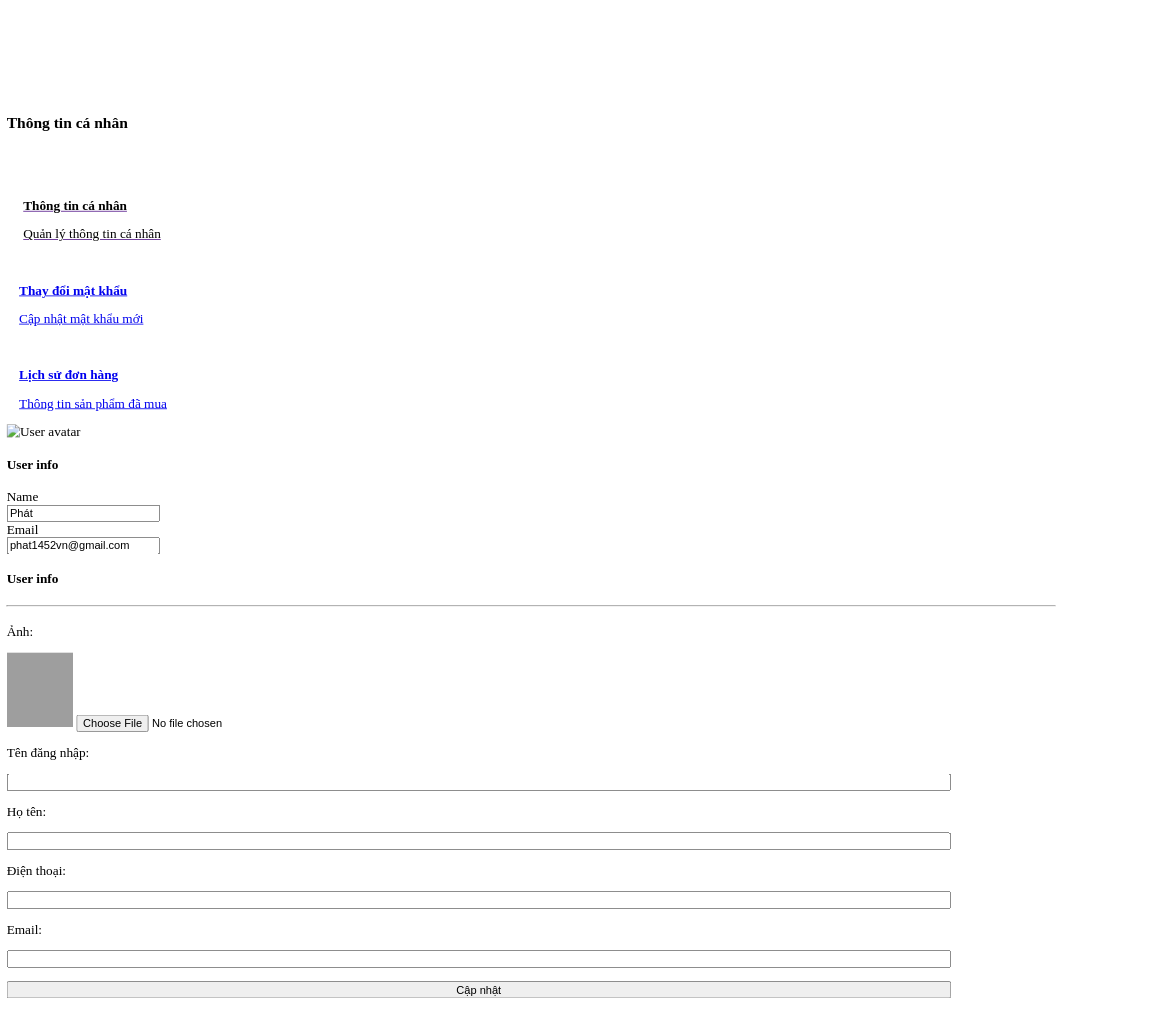
Repository: nguyengiabao245/NHOM3_C2
Page: http://localhost/DoAnJava/WEB-INF/views/account/edit.jsp
These files come from the project's save history. The page is drawn as it stood at one moment and after the next save; the edit follows.
The browser window is 1280 px wide. The page is 1408 px wide, so the pictures cover 1408 px, including what lies to the right of the window. The pictures show the whole page, at 83% of full size.
Pictures or frames that could not be fetched are drawn as grey boxes. The page is served by Tomcat 9. Nobody is signed in. The template is opened directly, without the code that normally fills it, so the values that code supplies are empty.

Above is the page before, as saved 2022-05-15 12:59:25.
Not found: DoAnJava/images/default-avatar.jpg

After the next save:
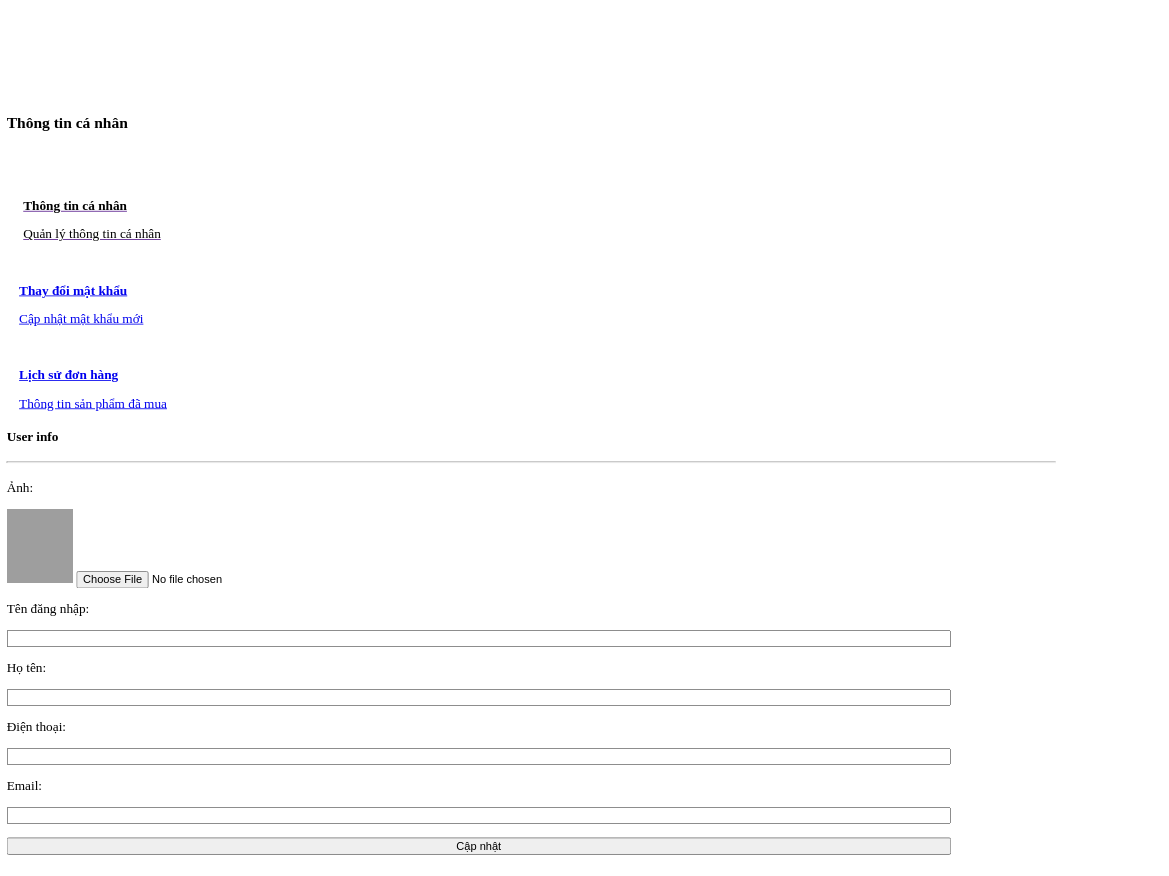
Saved 38 s later.
--- a/DoAnJava/src/main/webapp/WEB-INF/views/account/edit.jsp
+++ b/DoAnJava/src/main/webapp/WEB-INF/views/account/edit.jsp
@@ -63,48 +63,7 @@
 
 		</div>
 
-        <div class="row wrapProfile">
-    <div class="toppad" style="width:600px">
-        <div class="bootstrap snippets">
-            <div class="row">
-                <div class="col-xs-12">
-                                                            <form class="form-horizontal" action="/account/edit" method="post">
-                        <div class="panel panel-default hide">
-                            <div class="panel-body text-center">
-                                <img src="/images/default-avatar.jpg" class="img-circle profile-avatar" alt="User avatar">
-                            </div>
-                        </div>
-                        <div class="panel panel-default">
-                            <div class="panel-heading">
-                                <h4 class="panel-title">User info</h4>
-                            </div>
-                            <div class="panel-body">
-                                <div class="form-group">
-                                    <label class="col-sm-2 control-label">Name</label>
-                                    <div class="col-sm-10">
-                                        <input name="name" type="text" class="form-control" value="Phát">
-                                    </div>
-                                </div>
-                                <div class="form-group">
-                                    <label class="col-sm-2 control-label">Email</label>
-                                    <div class="col-sm-10">
-                                        <input name="email" type="text" class="form-control" value="phat1452vn@gmail.com">
-                                    </div>
-                                </div>
-                            </div>
-                        </div>
 
-
-
-
-                    </form>
-
-
-                </div>
-            </div>
-        </div>
-    </div>
-</div>
 
 
 
